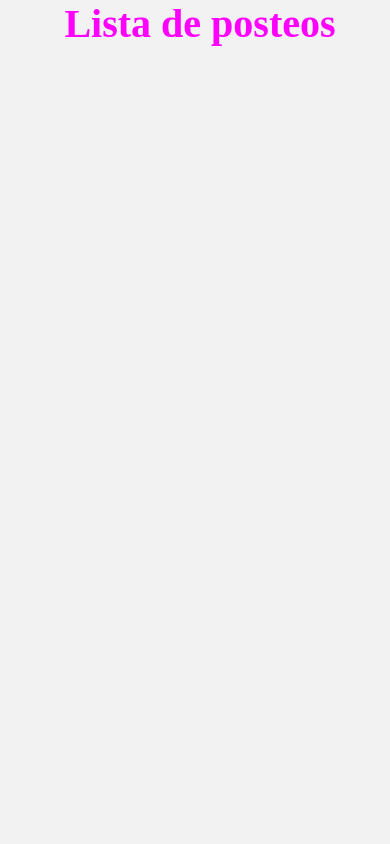
Repository: larafernandezo/finalprog3
Screen: /Home
An editor plug-in stored every save of this project. The screen is shown before and after a run of saves, followed by the edit.
The page's requests for data from a server got no answer. The app was drawn by React Native's web renderer in a window 390 px wide. The project was rebuilt for these pictures with package versions that can differ from the ones it lists, and the page was loaded fresh each time. No one was signed in, and anything a server would have sent is missing. Also part of the build but not shown: src/components/Camera.js, src/screens/Registro.js, src/components/Post.js, src/screens/MiPerfil.js, src/screens/NuevoPost.js, src/components/Menu.js, src/screens/Perfil.js.

Above is the screen before, as saved 2022-11-22 01:24:45.

### App.js
import { StyleSheet, View } from 'react-native';
import { NavigationContainer } from '@react-navigation/native';
import { createNativeStackNavigator } from '@react-navigation/native-stack';
import Registro from './src/screens/Registro';
import Login from './src/screens/Login';
import Home from './src/screens/Home';
import Menu from './src/components/Menu';
import Perfil from './src/screens/Perfil';


const Stack = createNativeStackNavigator();


function App() {
  return (
    <NavigationContainer>
      <Stack.Navigator>
        <Stack.Screen name='Login' component={Login} options= {{ headerShown : false}}/>
        <Stack.Screen name='Registro' component={Registro} options= {{ headerShown : false}}/>
        <Stack.Screen name='Home' component={Home} options= {{ headerShown : false}}/>
        <Stack.Screen name='Menu' component={Menu} options= {{ headerShown : false}}/>
      </Stack.Navigator>
    </NavigationContainer>
  );
};

export default App;

### src/screens/Login.js
import React, {Component} from 'react';
import {auth} from '../firebase/config';
import {View, Text, StyleSheet, TextInput, TouchableOpacity, Image} from 'react-native';

class Login extends Component {
    constructor(){
        super()
        this.state = {
            email: "",
            contraseña: "",
            error: ""
        }
    }

    componentDidMount(){
        auth.onAuthStateChanged(usuario => {
            if (usuario){
                this.props.navigation.navigate ("Menu")
            }
        })
    }

    iniciarUsuario(email, contraseña){
        auth.signInWithEmailAndPassword(email, contraseña)
            .then( res => {
                this.props.navigation.navigate("Menu")
            })
            .catch(error =>
                this.setState({
                error: error.message
            })
            )
    }

    render(){
        return(
            <View style={styles.fondo}>

            <Text style={styles.error}>{this.state.error}</Text>


                <Text style={styles.titulo}>Iniciar Sesión</Text>

                <View style={styles.caja}>
                <Text style={styles.error}>{this.state.error}</Text>
                    <TextInput
                        placeholder= 'Cuenta de Email'
                        keyboardType= 'email-address'
                        onChangeText={ texto => this.setState({email : texto})}
                        value = {this.state.email}
                        style={styles.fillin}
                    />
                    <TextInput
                        placeholder= 'Contraseña'
                        keyboardType= 'default'
                        secureTextEntry = {true}
                        onChangeText={ texto => this.setState({contraseña : texto})}
                        value = {this.state.contraseña}
                        style={styles.fillin}
                    />


{
                this.state.email =="" || this.state.contraseña =="" ?
                    <TouchableOpacity>
                        <Text style={styles.alerta}>Ingresar</Text>
                    </TouchableOpacity>
                :
                    <TouchableOpacity onPress={ () => this.iniciarUsuario (this.state.email, this.state.contraseña)} >
                        <Text style={styles.cont}>Ingresar</Text>
                    </TouchableOpacity>

}

                    <Text onPress={ () => this.props.navigation.navigate ('Registro')} style={styles.switch}>¿No tenés cuenta? Registrate haciendo click aquí</Text>
                </View>
            </View>
        )
    }
}

const styles = StyleSheet.create({
    fondo: {
        alignItems: 'center',
        backgroundColor: 'rgb(234, 242, 248)',
    },
    titulo: {
        color: 'rgb(52, 152, 219)',
        fontFamily: 'avenir',
        fontSize: 26,
        margin: 60,
    },
    caja:{
        backgroundColor: 'rgb(215, 219, 221)',
        borderRadius: 6,
        padding: 20,

    },
    fillin: {
        backgroundColor: 'rgb(253, 254, 254)',
        color: 'rgb(179, 182, 183)',
        fontFamily: 'avenir',
        fontSize: 13,
        margin: 10,
        borderRadius: 6,
        textAlign: 'center',
        padding: 5,
        textAlign: 'left',
    },
    cont: {
        fontFamily: 'avenir',
        fontSize: 14,
        margin: 10,
        backgroundColor: 'rgb(234,252,255)',
        borderRadius: 10,
        textAlign: 'center',
        padding: 5,
    },
    alerta: {
        fontFamily: 'avenir',
        fontSize: 14,
        margin: 10,
        backgroundColor: 'rgb(52, 152, 219)',
        borderRadius: 10,
        textAlign: 'center',
        padding: 5,
        color: 'rgb(234,252,255)',
    },
    switch: {
        fontFamily: 'avenir',
        fontSize: 10,
        margin: 4,
        textAlign: 'center',
        color:'rgb(77, 86, 86)',
    },
    error: {
        fontFamily: 'avenir',
        fontSize: 19,
        margin: 20,
        color: 'rgb(203, 67, 53)'
    },
})



export default Login;

### src/screens/Home.js
import React, { Component } from 'react';
import { View, Text, FlatList,  StyleSheet, TextInput} from 'react-native';
import Post from '../components/Post';
import { db } from '../firebase/config'


class Posts extends Component {

    constructor(props) {
        super(props)
        this.state = {
            posteos: [],
        }
    }

    componentDidMount() {
        db.collection('posts').onSnapshot(
            docs => {
                let posts = [];
                docs.forEach(doc => {
                    posts.push({
                        id: doc.id,
                        data: doc.data()
                    })
                })
                this.setState({
                    posteos: posts,
                })
            })
    }

    render() {
        return (
          //prueba1 descomento para ver si funca
            <View style={styles.view}>
            <Text style={styles.title}> Lista de posteos</Text>
            <FlatList
                    data={this.state.posteos}
                    keyExtractor={ item => item.id.toString()}
                    renderItem={ ({item}) => <Post postData={item} navigation={this.props.navigation} id={item.id}/>}
            />
            </View>
        )
    }
}
const styles = StyleSheet.create({

   title:{
        fontSize: 40,
        fontWeight:'bold',
        textAlign:'center',
        fontFamily: 'avenir',
        color: 'rgb(255, 0, 255)'

    },
    view:{
        flex:1
    }
})

export default Posts;

### src/firebase/config.js
import app from 'firebase/app';
import firebase from 'firebase';

const firebaseConfig = {
    apiKey: "AIzaSyDPgkPZuV5RhBSI7u_oFMlRH3es895rxlU",
    authDomain: "finalprog3-bb705.firebaseapp.com",
    projectId: "finalprog3-bb705",
    storageBucket: "finalprog3-bb705.appspot.com",
    messagingSenderId: "894733539643",
    appId: "1:894733539643:web:6ef31fb78c2644aa783f1e"
  };

app.initializeApp(firebaseConfig);

export const auth = firebase.auth();
export const storage = app.storage();
export const db = app.firestore();

After the next 2 saves:
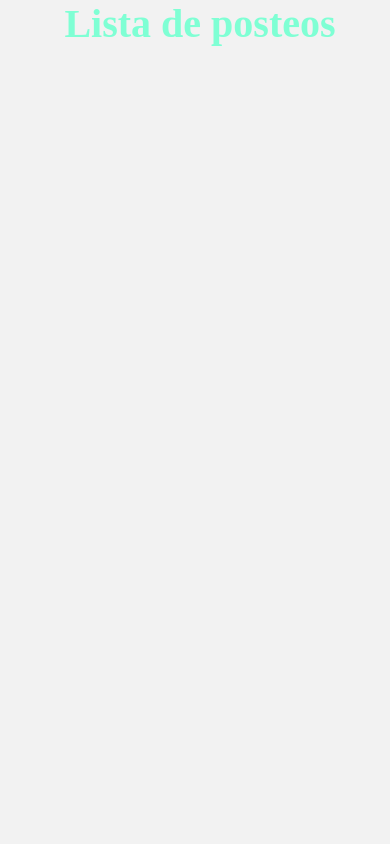
The 2 saves are shown as one change because they came seconds apart.
The last was saved 42 s later.
--- a/src/screens/Home.js
+++ b/src/screens/Home.js
@@ -50,7 +50,7 @@ const styles = StyleSheet.create({
         fontWeight:'bold',
         textAlign:'center',
         fontFamily: 'avenir',
-        color: 'rgb(255, 0, 255)'
+        color: 'rgb(127, 255, 212)'
 
     },
     view:{
